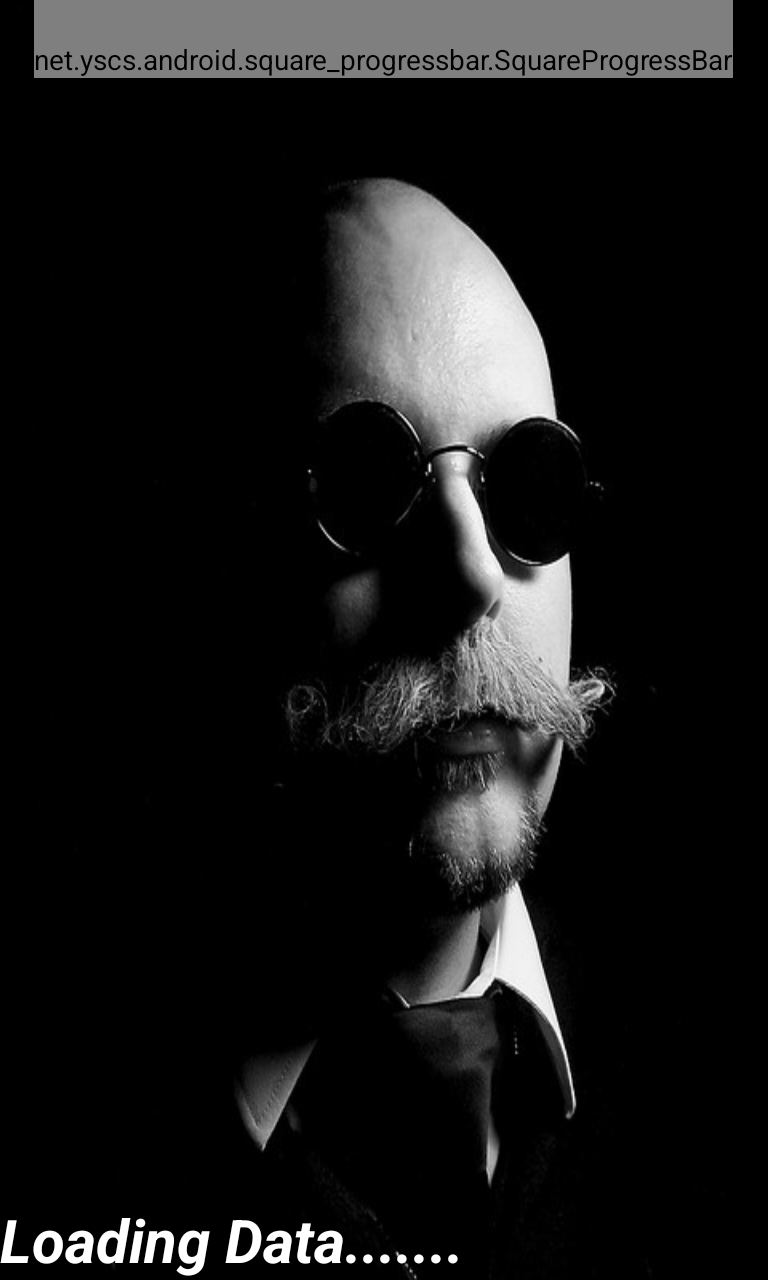
Repository: gt212345/p4p-android
Layout: p4p-android/res/layout/activity_welcome.xml
These files come from the project's save history. The layout is drawn as it stood at one moment and after the next save; the edit follows.
Pictures or frames that could not be fetched are drawn as grey boxes. It is drawn on a 768 x 1280 px phone screen (xhdpi) without system bars, with theme AppTheme; the app's code is not run.

Above is the layout before, as saved 2014-05-25 03:13:01.

After the next save:
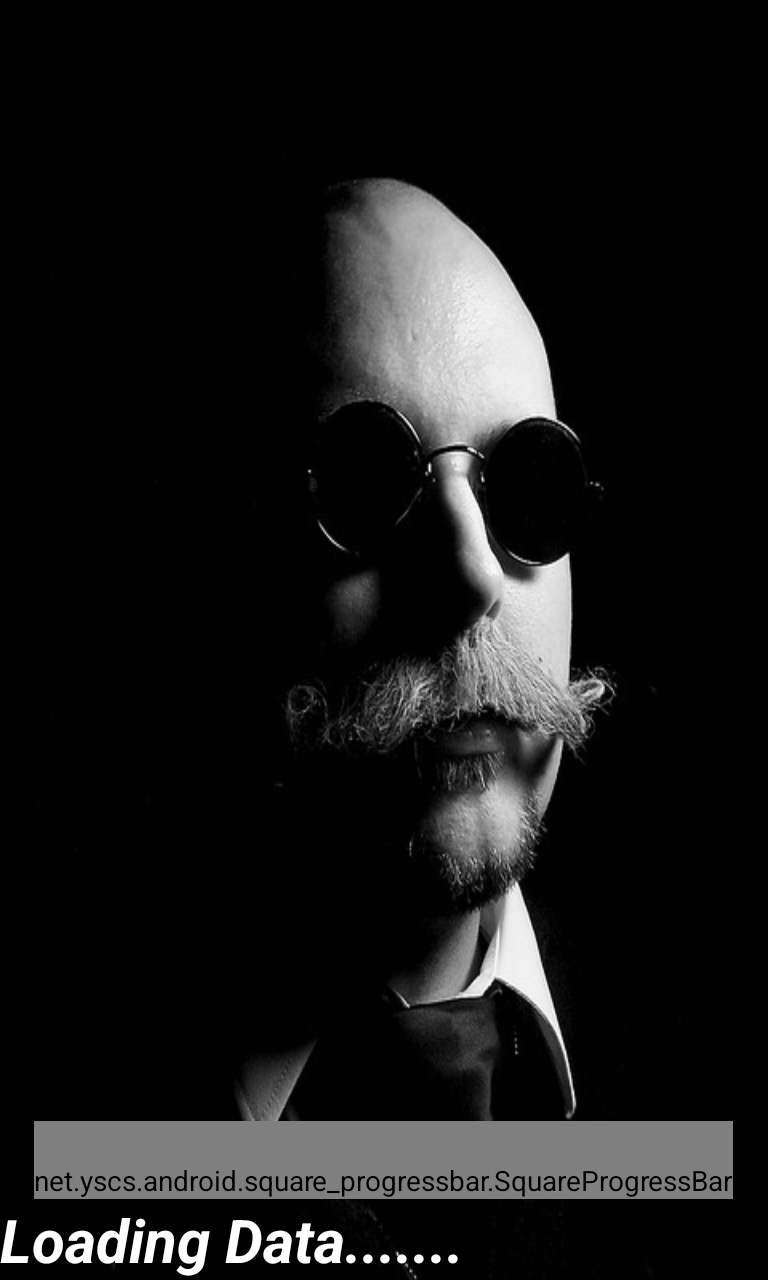
Saved 24 s later.
--- a/p4p-android/res/layout/activity_welcome.xml
+++ b/p4p-android/res/layout/activity_welcome.xml
@@ -21,7 +21,7 @@
         android:id="@+id/subi"
         android:layout_width="wrap_content"
         android:layout_height="wrap_content"
-        android:layout_alignParentTop="true"
+        android:layout_above="@+id/loadingtext"
         android:layout_centerHorizontal="true"
         android:paddingTop="20dp" >
     </net.yscs.android.square_progressbar.SquareProgressBar>
